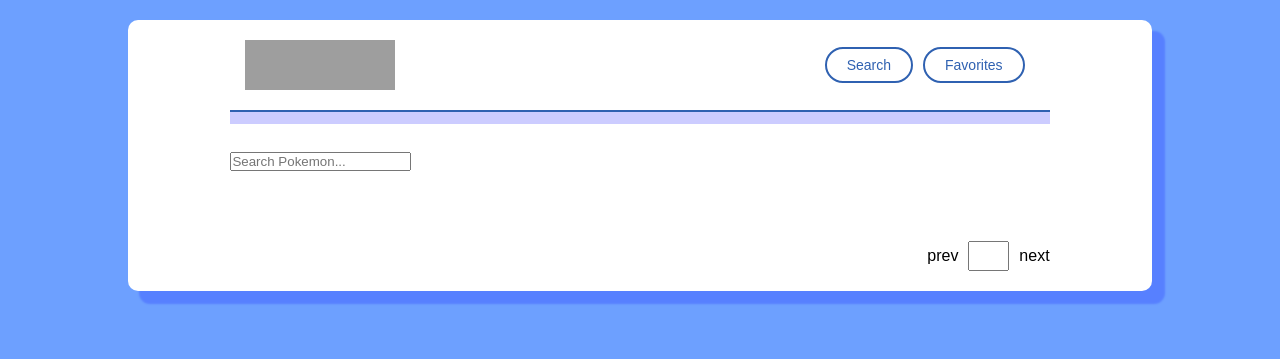
Repository: Rashiduulu/zeon-ithub-second-project
Page: index.html
The author's editor kept a copy of each file at every save. The page is drawn from the files as they stood at one save, then again after the next save.
The browser window is 1280 px wide. The pictures show the whole page.
Pictures or frames that could not be fetched are drawn as grey boxes. The page's requests for data from a server got no answer.

Above is the page before, as saved 2022-11-12 21:46:13.

### index.html
<!DOCTYPE html>
<html lang="en">

<head>
    <meta charset="UTF-8">
    <meta http-equiv="X-UA-Compatible" content="IE=edge">
    <meta name="viewport" content="width=device-width, initial-scale=1.0">
    <title>PokeApi</title>
    <link rel="stylesheet" href="./style.css">
    <link rel="stylesheet" href="https://cdnjs.cloudflare.com/ajax/libs/font-awesome/6.0.0-beta3/css/all.min.css"
        integrity="sha512-Fo3rlrZj/k7ujTnHg4CGR2D7kSs0v4LLanw2qksYuRlEzO+tcaEPQogQ0KaoGN26/zrn20ImR1DfuLWnOo7aBA=="
        crossorigin="anonymous" referrerpolicy="no-referrer" />
</head>

<body>
    <div class="bg-color container">
        <header class="header container flex">
            <img class="logo" src="./imgs/Pokémon_logo.svg.png" alt="logo">
            <div>
                <ul class="navbar flex">
                    <li class="nav">Search</li>
                    <li class="nav">Favorites</li>
                </ul>
            </div>
        </header>

        <div class="content">
            <div class="container">
                <div class="search-box">
                    <input id="search-bar" class="poke-search" onkeyup="search_pokemon()"
                        placeholder="Search Pokemon..." />
                </div>
                <div id="poke-card"></div>
            </div>
        </div>


        <div class="pagination flex container">
            <span class="previous">prev</span><input class="input-page" type="text"><span class="next">next</span>
        </div>
    </div>

    <script>

        /////////////////////////////////////////////////////////////// search
        function search_pokemon() {
            let input = document.getElementById('search-bar').value
            input = input.toLowerCase()

            let x = document.getElementsByClassName('card')

            for (i = 0; i < x.length; i++) {
                if (!x[i].innerHTML.toLowerCase().includes(input)) {
                    x[i].style.display = "none"
                } else { x[i].style.display = "flex" }
            }
        }
    </script>

    <script src="./script.js"></script>
</body>

</html>

### style.css
* {
  margin: 0;
  padding: 0;
  box-sizing: border-box;
  font-family: sans-serif;
}

body {
  background: rgb(109, 160, 255);
}

.bg-color {
  background: #fff;
  box-shadow: 12px 12px 2px 1px rgba(0, 0, 255, 0.2);
  border-radius: 10px;
}

li {
  list-style-type: none;
}

a {
  text-decoration: none;
}

.container {
  width: 80%;
  margin: 0 auto;
}

.flex {
  display: flex;
}

/*********************** header ***************************/

.header {
  align-items: center;
  justify-content: space-between;
  padding: 20px 15px;
  border-bottom: 2px solid rgb(47, 97, 177);
  box-shadow: 0 12px rgba(0, 0, 255, 0.2);
  margin-top: 20px;
}

.logo {
  width: 150px;
  height: 50px;
  cursor: pointer;
  transition: all 0.3s ease-out;
}

.logo:hover {
  transform: translateX(14px);
}

.nav {
  color: rgb(47, 97, 177);
  font-size: 14px;
  padding: 8px 20px;
  margin-right: 10px;
  border: 2px solid rgb(47, 97, 177);
  border-radius: 30px;
  cursor: pointer;
  transition: all 0.3s ease-out;
}

.nav:hover {
  background: rgb(254, 254, 7);
  color: rgb(47, 97, 177);
  border: 2px solid rgb(254, 254, 7);
}

/*********************** content ***************************/



.content {
  margin-top: 40px;
  margin-bottom: 70px;
  align-items: center;
}

.poke-search {

}

.card {
  display: flex;
  justify-content: space-between;
  align-items: center;
  position: relative;
  background: rgb(132, 172, 238);
  border-radius: 5px;
  margin-right: 15px;
  height: 120px;
  padding: 20px 10px;
  margin-top: 40px;
  box-shadow: 4px 6px 2px 1px rgba(0, 0, 255, 0.2);
  transition: all 0.2s ease-in;
}

.card:hover {
  transform: translateY(2px);
  box-shadow: none;
}

.card .left-side {
  display: flex;
  align-items: center;
}

.card .left-side h4 {
  font-size: 14px;
}

.card .left-side img {
  width: 115px;
  height: 100px;
  transition: all 0.1s ease-out;
}

.card .left-side img:hover {
  width: 125px;
  height: 110px;
  transition: all 0.3s ease-out;
}

.btn {
  color: rgb(47, 97, 177);
  font-size: 14px;
  padding: 4px 20px;
  margin-right: 10px;
  border: 2px solid rgb(47, 97, 177);
  border-radius: 30px;
  cursor: pointer;
  transition: all 0.3s ease-out;
  justify-content: flex-end;
}

.btn:hover {
  background: rgb(254, 254, 7);
  color: rgb(47, 97, 177);
  border: 2px solid rgb(254, 254, 7);
}

/*********************** content ***************************/

.pagination input {
  width: 5%;
  height: 30px;
  margin: 0 10px;
}

.pagination {
  padding-bottom: 20px;
  justify-content: flex-end;
  align-items: center;
}

#poke-card {
  display: grid;
  grid-template-columns: repeat(3, 1fr);
}

### script.js
const pokeCard = document.getElementById("poke-card");
const previous = document.querySelector(".previous");
const next = document.querySelector(".next");

/////////////////////////////////////////////////////////////////////// pagination

previous.addEventListener("click", () => {
  if (offset != 1) {
    offset -= 9;
    removeChild(pokeCard);
    getPokemons(offset, limit);
  }
  console.log(previous);
});

next.addEventListener("click", () => {
  offset += 9;
  removeChild(pokeCard);
  getPokemons(offset, limit);

  console.log(next);
});

let offset = 1;
let limit = 8;

function getPokemons(offset, limit) {
  fetchPokemon(offset, limit);
}

function removeChild(parent) {
  while (parent.firstChild) {
    parent.removeChild(parent.firstChild);
  }
}

//////////////////////////////////////////////////////////////////////// fetch

const fetchPokemon = (offset, limit) => {
  const promises = [];
  for (let i = offset; i <= offset + limit; i++) {
    const url = `https://pokeapi.co/api/v2/pokemon/${i}/`;
    promises.push(fetch(url).then((res) => res.json()));
  }
  Promise.all(promises).then((results) => {
    const pokemon = results.map((result) => ({
      name: result.name,
      image: result.sprites.other["official-artwork"].front_default,
    }));
    showPokemon(pokemon);
  });
};

const showPokemon = (pokemon) => {
  console.log(pokemon);
  const pokemonHTML = pokemon
    .map(
      (poke) =>
        `<div class="card">
        <div class="left-side">
          <img class="poke-img" src="${poke.image}" />
          <h4 class="poke-name">${poke.name}</h4>
        </div>
        <div class="right-side">
        <button class="btn">Info</button>
        </div>
    </div>`
    )
    .join("");

  pokeCard.innerHTML = pokemonHTML;
};

fetchPokemon();
getPokemons(offset, limit);

After the next save:
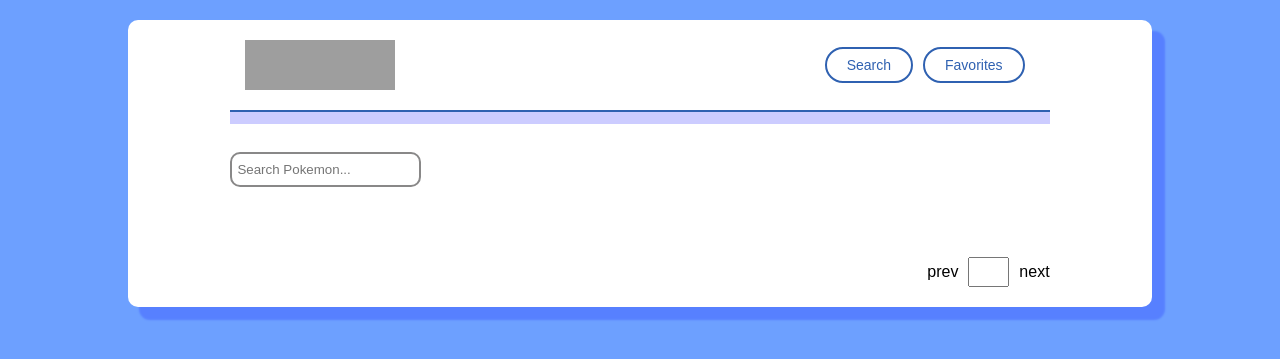
Saved 83 s later.
--- a/style.css
+++ b/style.css
@@ -82,7 +82,12 @@ a {
 }
 
 .poke-search {
-
+     background: none;
+  padding: 8px 5px;
+  border: 2px solid rgb(137, 136, 136);
+  border-radius: 10px;
+  transition: all 0.2s ease-out;
+  outline: none;
 }
 
 .card {
